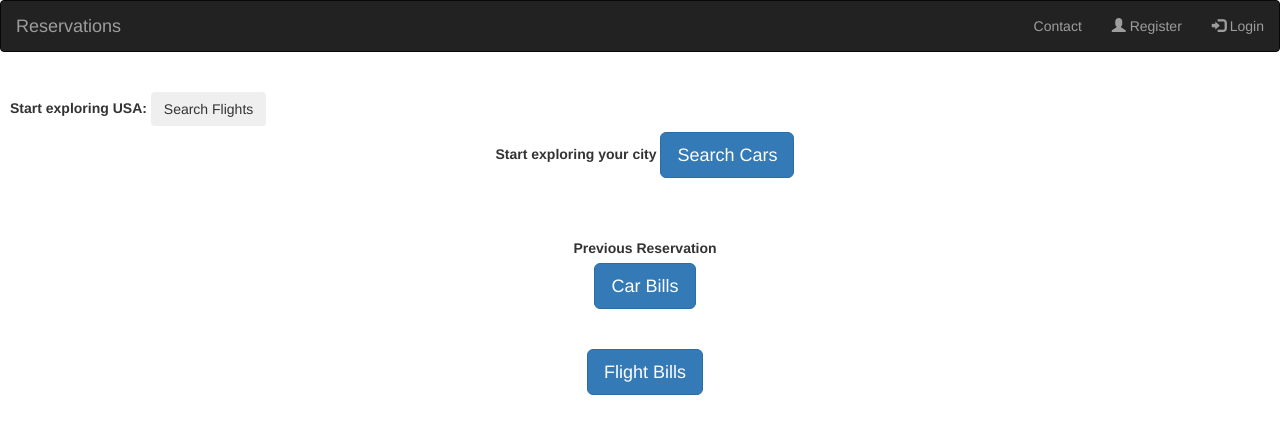
Repository: svnsiva/final-project
Page: http://localhost/flights-car-reservation/WEB-INF/pages/account.jsp
These files come from the project's save history. The page is drawn as it stood at one moment and after the next save; the edit follows.
The browser window is 1280 px wide. The pictures show the whole page.
Some web libraries are served in a nearby version. The page is served by Tomcat 9. Nobody is signed in. Other server files are loaded and not shown. The template is opened directly, without the code that normally fills it, so the values that code supplies are empty.

Above is the page before, as saved 2017-08-06 00:17:14.

### flights-car-reservation/src/main/webapp/WEB-INF/pages/account.jsp
<%@ page language="java" contentType="text/html; charset=ISO-8859-1"
    pageEncoding="ISO-8859-1"%>
    <%@taglib uri="http://java.sun.com/jsp/jstl/core" prefix="c"%>
<%@taglib uri="http://www.springframework.org/tags/form" prefix="form" %>
<%@taglib uri="http://www.springframework.org/tags" prefix="spring" %>
<!DOCTYPE html PUBLIC "-//W3C//DTD HTML 4.01 Transitional//EN" "http://www.w3.org/TR/html4/loose.dtd">
<html>
<head>
<meta http-equiv="Content-Type" content="text/html; charset=ISO-8859-1">
<title>Insert title here</title>
  <link rel="stylesheet" href="https://maxcdn.bootstrapcdn.com/bootstrap/3.3.7/css/bootstrap.min.css">
  <script src="https://ajax.googleapis.com/ajax/libs/jquery/3.2.1/jquery.min.js"></script>
  <script src="https://maxcdn.bootstrapcdn.com/bootstrap/3.3.7/js/bootstrap.min.js"></script>
</head>
<body>

<style>
body{
/* background:url("http://kennethsurat.com/wp-content/uploads/2014/12/EXPLORE-DREAM-DISCOVER.jpg"); */
background-repeat:no-repeat;
background-size:cover;
}
.cen{

float:left;

}

</style>
<nav class="navbar navbar-inverse">
  <div class="container-fluid">
    <div class="navbar-header">
      <a class="navbar-brand">Reservations</a>
    </div>

    <ul class="nav navbar-nav navbar-right">
    	 <li><a href="${pageContext.request.contextPath}/contact">Contact</a></li>
      <li><a href="${pageContext.request.contextPath}/register"><span class="glyphicon glyphicon-user"></span> Register</a></li>
   <li><a href="${pageContext.request.contextPath}/login"><span class="glyphicon glyphicon-log-in"></span> Login</a></li>
    </ul>
  </div>
</nav>

 <div class="media">
    <div class="media-left">
     <!--  <img style="margin-left: 50px;" src="https://www.citizenpass.io/themes/citizen-pass/img/process-login.png" class="media-object" > -->
    </div>
    <div class="media-body text-center">
      <div><br>
      <div>
      <div style="float:left; width:50%;">

    <form class="form" action="${pageContext.request.contextPath}/search" method="get">
   <div class="cen">
    <label for="name">Start exploring USA:</label>

	<button type="submit" class="btn btn-succesbtn-lg">Search Flights</button>
	</div>
	</form>
	</div>

   <br><br>
   <form class="form" action="${pageContext.request.contextPath}/cars" method="get">

    <label for="name">Start exploring your city</label>
	<button type="submit" class="btn btn-primary btn-lg">Search Cars</button>
	</div></form>
	<br><br><br>
    </div>
    <label for="name">Previous Reservation</label>
    <form class="form-horizontal" action="${pageContext.request.contextPath}/carbills" method="get">

	<button type="submit" class="btn btn-primary btn-lg">Car Bills</button>

	</form>
	<br><br>
	<form class="form-horizontal" action="${pageContext.request.contextPath}/flightbills" method="get">

	<button type="submit" class="btn btn-primary btn-lg">Flight Bills</button>

	</form>
	</div>
      </div>
    </div>
    </div>
  </div>

</body>
</html>

After the next save:
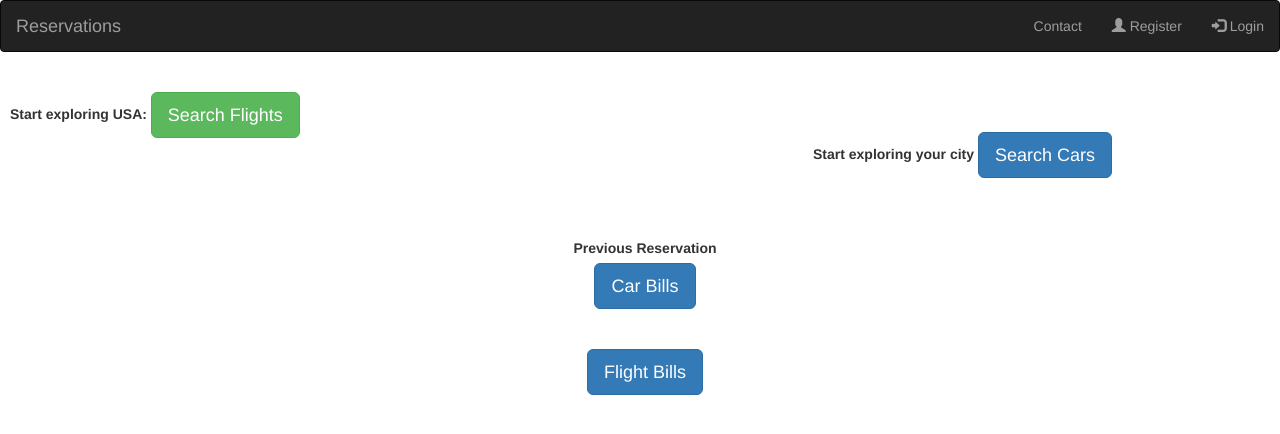
Saved 20 s later.
--- a/flights-car-reservation/src/main/webapp/WEB-INF/pages/account.jsp
+++ b/flights-car-reservation/src/main/webapp/WEB-INF/pages/account.jsp
@@ -54,7 +54,7 @@ float:left;
    <div class="cen">
     <label for="name">Start exploring USA:</label>
 
-	<button type="submit" class="btn btn-succesbtn-lg">Search Flights</button>
+	<button type="submit" class="btn btn-success btn-lg">Search Flights</button>
 	</div>
 	</form>
 	</div>
